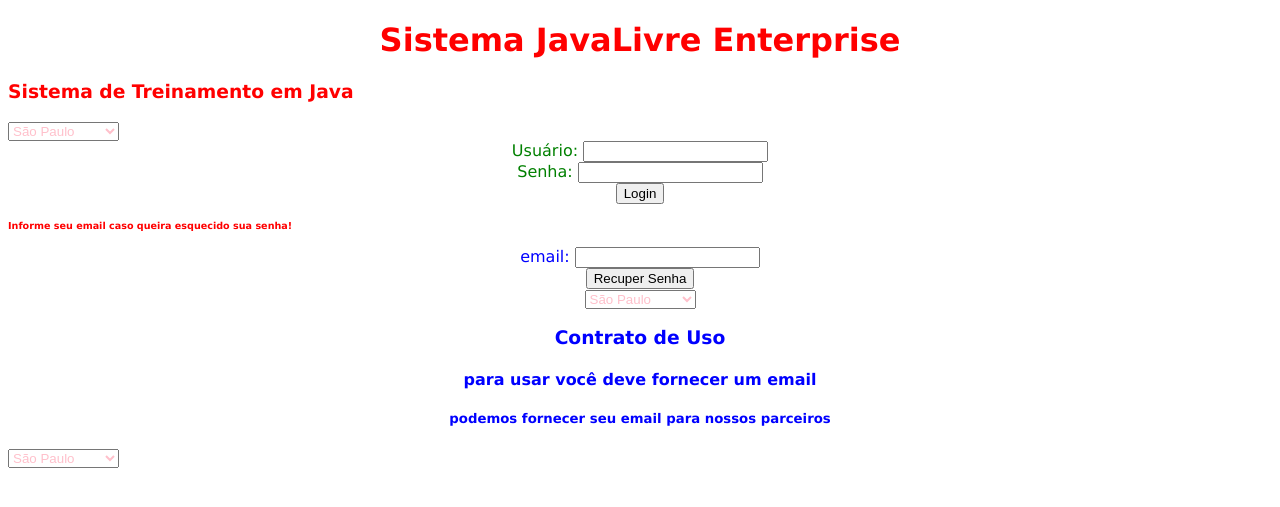
Repository: marciojv/treina-java
Page: workspace/JavaLivre/src/html/login.html
These files come from the project's save history. The page is drawn as it stood at one moment and after the next save; the edit follows.
The browser window is 1280 px wide. The pictures show the whole page.

Above is the page before, as saved 2017-06-10 16:33:16.

After the next save:
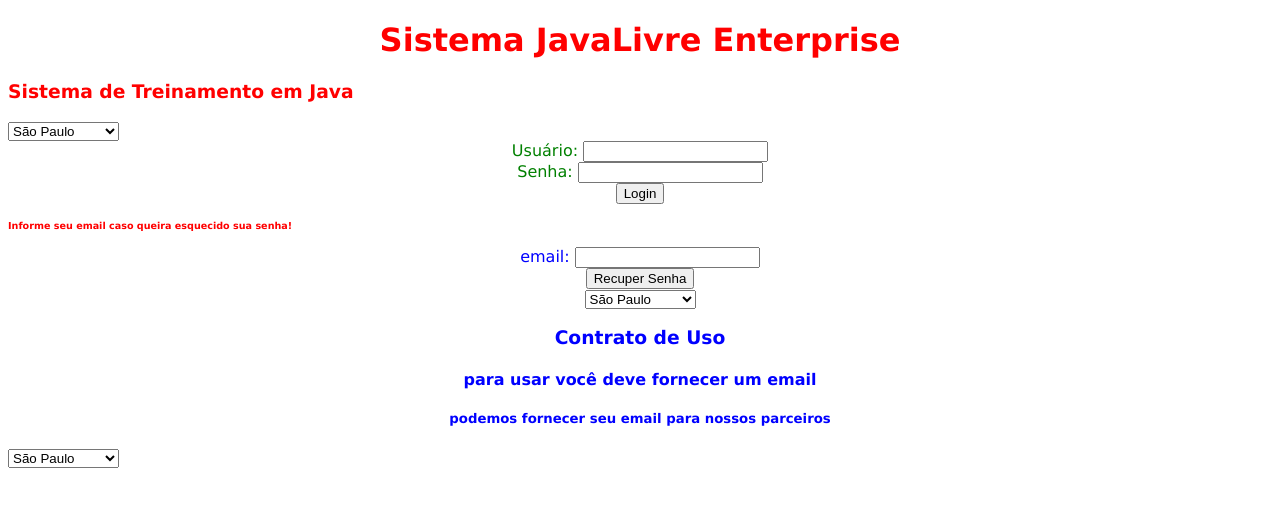
Saved 95 s later.
--- a/workspace/JavaLivre/src/html/css/javalivre.css
+++ b/workspace/JavaLivre/src/html/css/javalivre.css
@@ -5,9 +5,14 @@ body {
   font-family: verdana;
 }
 
+
+
+
+/*
 select {
     color: pink;
 }
+*/
 
 
 /* Adiciona o Css a todos elementos */
